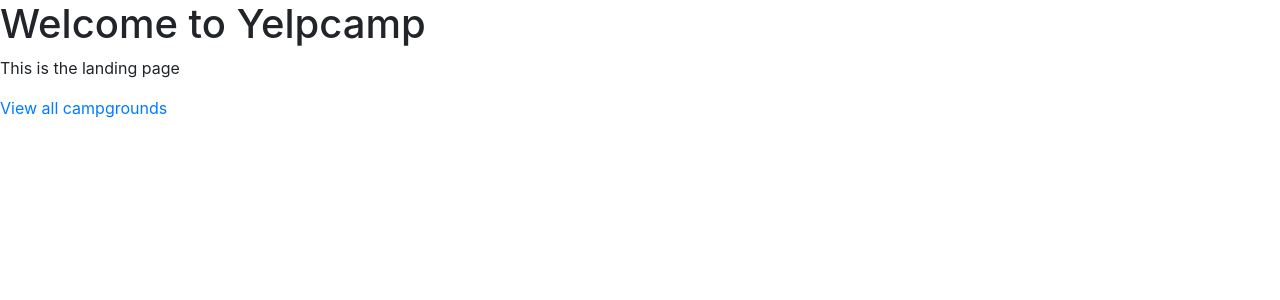
Repository: ninad1999/Yelp-Camp
Page: http://localhost/
The author's editor kept a record of every edit. The page is drawn from the files as they stood at one moment, then again after the next edit.
The browser window is 1280 px wide. The pictures show the whole page.
The page is served by the project's Node server (V1/app.js).

Above is the page before.

### workspace/V1/views/landing.ejs
<% include partials/header %>
<h1>Welcome to Yelpcamp</h1>

<p>This is the landing page</p>

<a href="/campgrounds">View all campgrounds</a>

<% include partials/footer %>

### workspace/V1/views/partials/header.ejs
<!DOCTYPE html>
<html>
    <head>
        <title>YelpCamp</title>
        <link rel="stylesheet" href="https://stackpath.bootstrapcdn.com/bootstrap/4.1.3/css/bootstrap.min.css">
    </head>
    <body>

### workspace/V1/app.js
var express = require("express");
var app = express();
var bodyParser = require("body-parser");

app.use(bodyParser.urlencoded({extended: true}));
app.set("view engine", "ejs");

var campgrounds = [
   {name: "Salmon Creek", image: "https://farm8.staticflickr.com/7564/16034358725_fe2dde7f2e.jpg"},
   {name: "Granite Hill", image: "https://farm4.staticflickr.com/3146/2980811752_4b0df9d215.jpg"},
   {name: "Mountain Goat's Rest", image: "https://farm4.staticflickr.com/3832/9603531635_e348167e39.jpg"},
   {name: "Salmon Creek", image: "https://farm8.staticflickr.com/7564/16034358725_fe2dde7f2e.jpg"},
   {name: "Granite Hill", image: "https://farm4.staticflickr.com/3146/2980811752_4b0df9d215.jpg"},
   {name: "Mountain Goat's Rest", image: "https://farm4.staticflickr.com/3832/9603531635_e348167e39.jpg"},
   {name: "Salmon Creek", image: "https://farm8.staticflickr.com/7564/16034358725_fe2dde7f2e.jpg"},
   {name: "Granite Hill", image: "https://farm4.staticflickr.com/3146/2980811752_4b0df9d215.jpg"},
   {name: "Mountain Goat's Rest", image: "https://farm4.staticflickr.com/3832/9603531635_e348167e39.jpg"}
   ];

app.get("/", function(req, res) {
   res.render("landing");
});

// to diplay all the campgrounds
app.get("/campgrounds", function(req, res) {
    res.render("campgrounds", {campgrounds: campgrounds});
});

// post route where you can create a new campgrounds
app.post("/campgrounds", function(req, res) {
   var name = req.body.name;
   var image = req.body.image;
   var newCampground = {name:name, image:image};
   campgrounds.push(newCampground);

   res.redirect("/campgrounds");
});

// this route should show the route that will send the data to the post route
app.get("/campgrounds/new", function(req, res) {
    res.render("new");
});

app.listen(process.env.PORT, process.env.IP, function() {
    console.log("The YelpCamp server has started!");
});

Loaded but not shown: workspace/V1/views/partials/footer.ejs (common file)

After the next edit:
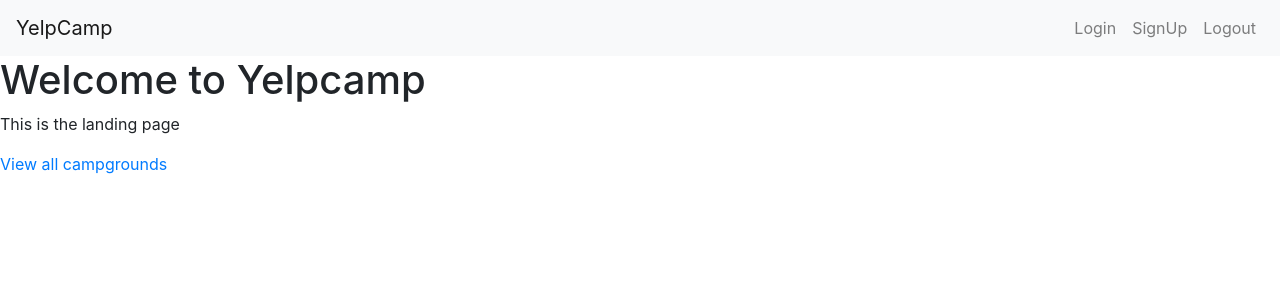
The edit:
--- a/workspace/V1/views/partials/header.ejs
+++ b/workspace/V1/views/partials/header.ejs
@@ -5,3 +5,25 @@
         <link rel="stylesheet" href="https://stackpath.bootstrapcdn.com/bootstrap/4.1.3/css/bootstrap.min.css">
     </head>
     <body>
+        <nav class="navbar navbar-expand-lg navbar-light bg-light">
+          <a class="navbar-brand" href="\">YelpCamp</a>
+          <button class="navbar-toggler" type="button" data-toggle="collapse" data-target="#navbarSupportedContent" aria-controls="navbarSupportedContent" aria-expanded="false" aria-label="Toggle navigation">
+            <span class="navbar-toggler-icon"></span>
+          </button>
+
+          <div class="collapse navbar-collapse" id="navbarSupportedContent">
+            <ul class="navbar-nav mr-auto">
+            </ul>
+            <ul class="navbar-nav navbar-right">
+                <li class="nav-item">
+                    <a class="nav-link" href="#">Login</a>
+                </li>
+                <li class="nav-item">
+                    <a class="nav-link" href="#">SignUp</a>
+                </li>
+                <li class="nav-item">
+                    <a class="nav-link" href="#">Logout</a>
+                </li>
+            </ul>
+          </div>
+        </nav>
